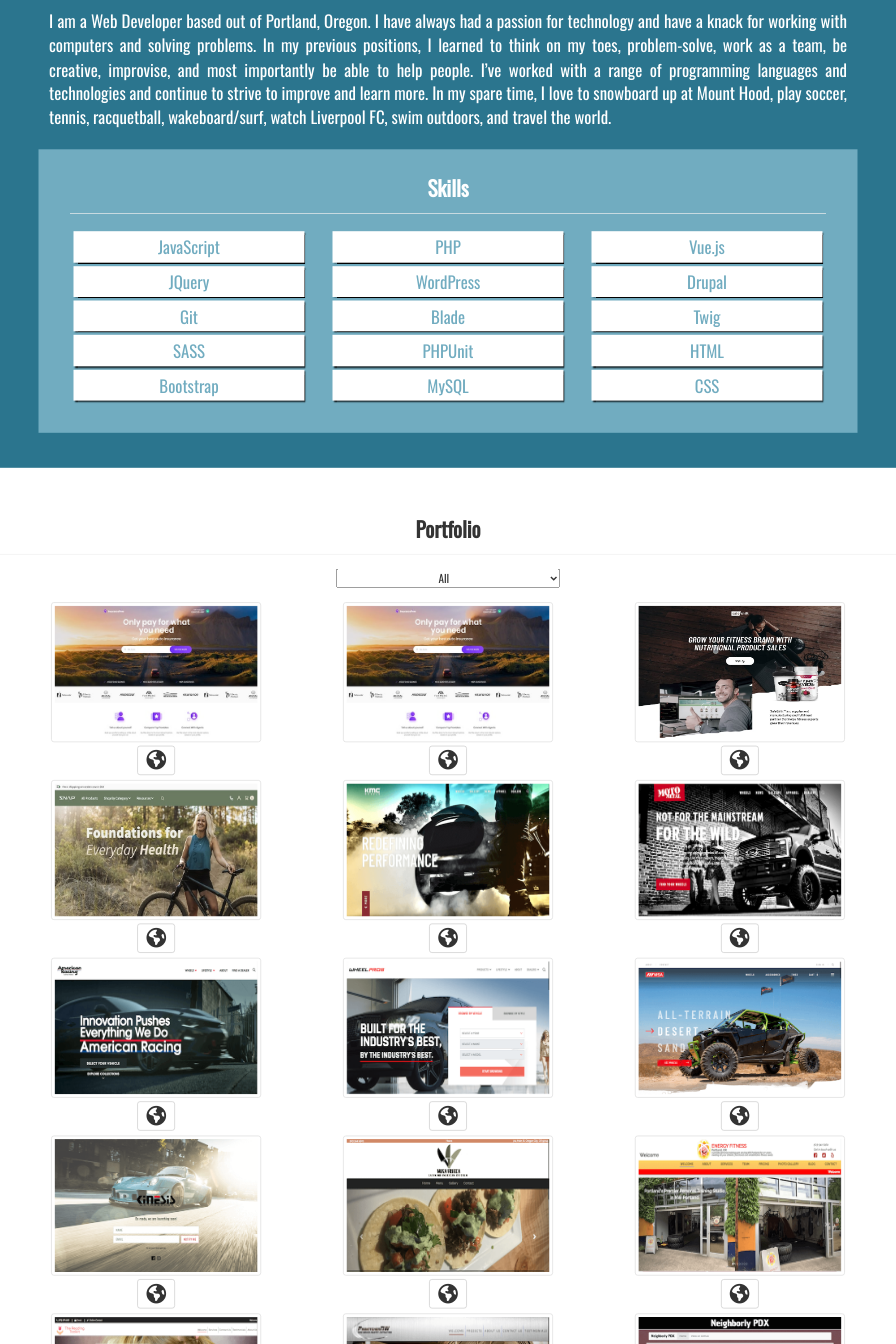
Repository: spburden/portfolio
Page: index.html
The author's editor kept a copy of each file at every save. The page is drawn from the files as they stood at one save, then again after the next save.
The browser window is 1280 px wide. The pictures show the part of the page from y = 915 to 2835 px (the page is 4439 px tall), at 70% of full size.
Some web libraries are served in a nearby version.

Above is the page before, as saved 2023-07-15 22:29:25.

### index.html
<!DOCTYPE html>
<html>
<head>
  <!-- Global site tag (gtag.js) - Google Analytics -->
  <script async src="https://www.googletagmanager.com/gtag/js?id=UA-92048308-1"></script>
  <script>
    window.dataLayer = window.dataLayer || [];
    function gtag(){dataLayer.push(arguments);}
    gtag('js', new Date());
    gtag('config', 'UA-92048308-1');
  </script>
  <meta charset="utf-8">
  <meta http-equiv="X-UA-Compatible" content="IE=edge">
  <meta content="width=device-width, initial-scale=1.0" name="viewport">
  <meta content="This is the portfolio of Stephen Burden who is a Web Developer available for hire in the Portland, OR area." name="Description">
  <meta content="Portland, Oregon, Vue, Vue.js, PHP, JavaScript, Wordpress, Ember, EmberJS, JS, Python, Angular 2, Silex, Twig, MySQL, HTML, CSS, Bootstrap, JQuery, Drupal, SEO, Node.JS" name="Keywords">
  <script type="application/ld+json">
    /*<![CDATA[*/{"@context":"http:\/\/schema.org","@type":"WebSite","@id":"#website","url":"http:\/\/www.stephenburden.com\/","name":"Stephen Burden - Web Developer","potentialAction":{"@type":"SearchAction","target":"http:\/\/www.stephenburden.com\/?s={search_term_string}","query-input":"required name=search_term_string"}}/*]]>*/
  </script>
  <link href="favicon.ico" rel="shortcut icon" type="image/x-icon">
  <link href="css/bootstrap.min.css" media="all" rel="stylesheet" type="text/css">
  <link href="https://fonts.googleapis.com/css?family=Lobster|Cormorant+Garamond|Oswald|Raleway|Lato" rel="stylesheet" type="text/css">
  <link href="css/styles.min.css" media="screen" rel="stylesheet" title="no title">
  <script src="js/jquery-3.2.1.min.js" type="text/javascript">
  </script>
  <script async src="js/bootstrap.min.js" type="text/javascript">
  </script>
  <title>Stephen Burden - Portfolio | Web Developer in Portland, OR</title>
</head>
<body>
  <nav class="navbar nav-pills navbar-fixed-top">
    <div class="container-fluid">
      <!-- Brand and toggle get grouped for better mobile display -->
      <div class="navbar-header">
        <button aria-expanded="false" class="navbar-toggle collapsed" data-target="#bs-example-navbar-collapse-1" data-toggle="collapse" type="button"><span class="sr-only">Toggle navigation</span> <span class="icon-bar"></span> <span class="icon-bar"></span> <span class="icon-bar"></span></button> <a data-part="pageOne" class="navbar-brand" href="#" id="home">Stephen Burden</a>
      </div>
      <!-- Collect the nav links, forms, and other content for toggling -->
      <div class="collapse navbar-collapse" id="bs-example-navbar-collapse-1">
        <ul class="nav navbar-nav navbar-right">
          <li class="page-scroll">
            <a data-part="pageTwo" href="#" id="about">About</a>
          </li>
          <li class="page-scroll">
            <a data-part="pageThree" href="#" id="portfolio">Portfolio</a>
          </li>
          <li class="page-scroll">
            <a data-part="pageFour" href="#" id="contact">Contact</a>
          </li>
        </ul>
      </div>
      <!-- /.navbar-collapse -->
    </div>
    <!-- /.container-fluid -->
  </nav>
  <div class="section pageOne" id="pageOne">
    <img alt="Stephen Burden Web Developer" class="center-block" id="face" src="images/corcovado.jpg">
    <div class="center">
      <h1 class="burden">Stephen Burden</h1>
      <h3 class="burden">Web Developer</h3>
    </div>
  </div>
  <div class="section pageTwo" id="pageTwo">
    <div class="container">
      <div class="center">
        <h2 class="white">About Me</h2>
      </div>
      <hr>
      <p class="white justify">I am a Web Developer based out of Portland, Oregon. I have always had a passion for technology and have a knack for working with computers and solving problems. In my previous positions, I learned to think on my toes, problem-solve, work as a team, be creative, improvise, and most importantly be able to help people. I’ve worked with a range of programming languages and technologies and continue to strive to improve and learn more. In my spare time, I love to snowboard up at Mount Hood, play soccer, tennis, racquetball, wakeboard/surf, watch Liverpool FC, swim outdoors, and travel the world. </p><br>
      <div class="row whatup">
        <div class="col-sm-12">
          <h2 class="center strong" id="skills">Skills</h2>
          <hr>
        </div>
        <div class="col-sm-4">
          <ul class="skills">
            <li>JavaScript</li>
            <li>JQuery</li>
            <li>Git</li>
            <!-- <li>TypeScript</li> -->
            <li>SASS</li>
            <!-- <li>Node.JS</li> -->
            <li>Bootstrap</li>
            <!-- <li>Ember</li> -->
            <!-- <li>Angular 2</li> -->
          </ul>
        </div>
        <div class="col-sm-4 mid-skills">
          <ul class="skills">
            <li>PHP</li>
            <li>WordPress</li>
            <!-- <li>Silex</li> -->
            <li>Blade</li>
            <li>PHPUnit</li>
            <li>MySQL</li>
          </ul>
        </div>
        <div class="col-sm-4">
          <ul class="skills">
            <li>Vue.js</li>
            <li>Drupal</li>
            <li>Twig</li>
            <li>HTML</li>
            <li>CSS</li>
            <!-- <li>Python</li> -->
          </ul>
        </div>
      </div>
    </div>
  </div>
  <div class="section container-fluid pageThree" id="pageThree">
    <div class="center">
      <h2 class="strong">Portfolio</h2>
    </div>
    <hr>
    <div class="center">
      <select class="">
        <option value="all">
          All
        </option>
        <option value="js">
          JavaScript
        </option>
        <option value="php">
          PHP
        </option>
        <option value="wordpress">
          Wordpress
        </option>
        <option value="vue">
          Vue.js
        </option>
        <!-- <option value="laravel">
          Laravel
        </option> -->
        <option value="drupal">
          Drupal
        </option>
      </select>
    </div><br>
    <div class="row">
        <div class="col-sm-6 col-md-4 porto js php vue">
          <a href="https://nutrimarketplace.com/" target="_blank"><img alt="Nutri Supplements"
              class="img-responsive thumbnail center-block screenshot" src="images/insurancepine.jpg"></a>
          <a class="btn btn-default" href="https://insurancepine.com/" target="_blank"><i class="fa fa-globe fa-2x"></i></a>
        </div>
      <div class="col-sm-6 col-md-4 porto js php vue">
        <a href="https://insurancepine.com/" target="_blank"><img alt="Snap Supplements"
            class="img-responsive thumbnail center-block screenshot" src="images/insurancepine.jpg"></a>
        <a class="btn btn-default" href="https://insurancepine.com/" target="_blank"><i class="fa fa-globe fa-2x"></i></a>
      </div>
      <div class="col-sm-6 col-md-4 porto js php vue">
        <a href="https://saleshift.com/"  target="_blank"><img alt="Snap Supplements" class="img-responsive thumbnail center-block screenshot" src="images/saleshift.jpg"></a>
        <a class="btn btn-default" href="https://saleshift.com/" target="_blank"><i class="fa fa-globe fa-2x"></i></a>
      </div>
      <div class="col-sm-6 col-md-4 porto js php vue laravel">
        <a href="https://snapsupplements.com/"  target="_blank"><img alt="Snap Supplements" class="img-responsive thumbnail center-block screenshot" src="images/snap.jpg"></a>
        <a class="btn btn-default" href="https://snapsupplements.com/" target="_blank"><i class="fa fa-globe fa-2x"></i></a>
      </div>
      <div class="col-sm-6 col-md-4 porto js wordpress php">
        <a href="https://www.kmcwheels.com/"  target="_blank"><img class="img-responsive thumbnail center-block screenshot" src="images/kmc.jpg"></a>
        <a class="btn btn-default" href="https://www.kmcwheels.com/" target="_blank"><i class="fa fa-globe fa-2x"></i></a>
      </div>
      <div class="col-sm-6 col-md-4 porto js wordpress php">
        <a href="https://www.motometalwheels.com/"  target="_blank"><img class="img-responsive thumbnail center-block screenshot" src="images/moto.jpg"></a>
        <a class="btn btn-default" href="https://www.motometalwheels.com/" target="_blank"><i class="fa fa-globe fa-2x"></i></a>
      </div>
      <div class="col-sm-6 col-md-4 porto js wordpress php">
        <a href="https://www.americanracing.com/"  target="_blank"><img class="img-responsive thumbnail center-block screenshot" src="images/american.jpg"></a>
        <a class="btn btn-default" href="https://www.americanracing.com/" target="_blank"><i class="fa fa-globe fa-2x"></i></a>
      </div>
      <div class="col-sm-6 col-md-4 porto js wordpress php">
        <a href="https://www.wheelpros.com/"  target="_blank"><img class="img-responsive thumbnail center-block screenshot" src="images/wheelpros.jpg"></a>
        <a class="btn btn-default" href="https://www.wheelpros.com/" target="_blank"><i class="fa fa-globe fa-2x"></i></a>
      </div>
      <div class="col-sm-6 col-md-4 porto js wordpress php">
        <a href="https://www.msawheels.com/"  target="_blank"><img class="img-responsive thumbnail center-block screenshot" src="images/msawheels.jpg"></a>
        <a class="btn btn-default" href="https://www.msawheels.com/" target="_blank"><i class="fa fa-globe fa-2x"></i></a>
      </div>
      <div class="col-sm-6 col-md-4 porto wordpress php">
        <a href="https://www.kinesismotorsport.com/"  target="_blank"><img class="img-responsive thumbnail center-block screenshot" src="images/kinesis.jpg"></a>
        <a class="btn btn-default" href="https://www.kinesismotorsport.com/" target="_blank"><i class="fa fa-globe fa-2x"></i></a>
      </div>
      <!-- <div class="col-sm-6 col-md-4 porto js">
        <a href="https://spburden.github.io/porsche-pdp-html/"  target="_blank"><img alt="Mesa Fresca - Oregon City" class="img-responsive thumbnail center-block screenshot" src="images/porsche.jpg"></a>
        <a class="btn btn-default" href="https://github.com/spburden/porsche-pdp-html"  target="_blank"><i class="fa fa-github fa-2x"></i></a>
        <a class="btn btn-default" href="https://spburden.github.io/porsche-pdp-html/"  target="_blank"><i class="fa fa-globe fa-2x"></i></a>
      </div> -->
      <!-- <div class="col-sm-6 col-md-4 porto wordpress">
        <a href="https://spburden.github.io/easy-power/" target="_blank"><img alt="Easy Power" class="img-responsive thumbnail center-block screenshot" src="images/easypower.jpg"></a>
        <a class="btn btn-default" href="https://github.com/spburden/easy-power-wordpress" target="_blank"><i class="fa fa-github fa-2x"></i></a>
        <a class="btn btn-default" href="https://spburden.github.io/easy-power/" target="_blank"><i class="fa fa-globe fa-2x"></i></a>
      </div> -->
      <div class="col-sm-6 col-md-4 porto php">
        <a href="https://mesafrescaoc.com/" target="_blank"><img alt="Mesa Fresca - Oregon City" class="img-responsive thumbnail center-block screenshot" src="images/mesa.jpg"></a> <a class="btn btn-default" href="https://mesafrescaoc.com/" target="_blank"><i class="fa fa-globe fa-2x"></i></a>
      </div>
      <div class="col-sm-6 col-md-4 porto php">
        <a href="https://www.energyfitnessconcepts.com/" target="_blank"><img alt="Energy Fitness Concepts - Pearl District, Portland, OR" class="img-responsive thumbnail center-block screenshot" src="images/energy.jpg"></a> <a class="btn btn-default" href="https://www.energyfitnessconcepts.com/" target="_blank"><i class="fa fa-globe fa-2x"></i></a>
      </div>
      <div class="col-sm-6 col-md-4 porto php">
        <a href="https://www.thereadingtoolkit.com/" target="_blank"><img alt="The Reading Toolkit - Portland, OR" class="img-responsive thumbnail center-block screenshot" src="images/reading.jpg"></a> <a class="btn btn-default" href="https://www.thereadingtoolkit.com/" target="_blank"><i class="fa fa-globe fa-2x"></i></a>
      </div>
      <div class="col-sm-6 col-md-4 porto php">
        <a href="https://www.pknwconstruction.com/" target="_blank"><img alt="PKNW Construction - Hillsboro, Portland" class="img-responsive thumbnail center-block screenshot" src="images/pknw.jpg"></a> <a class="btn btn-default" href="https://www.pknwconstruction.com/" target="_blank"><i class="fa fa-globe fa-2x"></i></a>
      </div>
      <div class="col-sm-6 col-md-4 porto js">
        <a href="https://github.com/spburden/neighborly-pdx-ember" target="_blank"><img alt="Portland Neighborhood Research App - Ember Javascript" class="img-responsive thumbnail center-block screenshot" src="images/npdx1.jpg"></a> <a class="btn btn-default" href="https://github.com/spburden/neighborly-pdx-ember" target="_blank"><i class="fa fa-github fa-2x"></i></a>
        <!-- <a class="btn btn-default" href="https://neighborly-pdx.pagefrontapp.com/" target="_blank"><i class="fa fa-globe fa-2x"></i></a> -->
      </div>
      <div class="col-sm-6 col-md-4 porto drupal">
        <a href="https://rvoutdooradventures.com" target="_blank"><img alt="RV Outdoor Adventures (Clatskanie, OR) - Drupal" class="img-responsive thumbnail center-block screenshot" src="images/rv.jpg"></a> <a class="btn btn-default" href="https://rvoutdooradventures.com" target="_blank"><i class="fa fa-globe fa-2x"></i></a>
      </div>
      <div class="col-sm-6 col-md-4 porto drupal">
        <a href="https://github.com/spburden/skill-swap-drupal" target="_blank"><img alt="Skill Swap - Drupal" class="img-responsive thumbnail center-block screenshot" src="images/swap.jpg"></a> <a class="btn btn-default" href="https://github.com/spburden/skill-swap-drupal" target="_blank"><i class="fa fa-github fa-2x"></i></a>
      </div>
      <div class="col-sm-6 col-md-4 porto js">
        <a href="https://github.com/spburden/qa-message-board-ember" target="_blank"><img alt="Question Answer Message Board - Ember.JS" class="img-responsive thumbnail center-block screenshot" src="images/msg-brd-ember.jpg"></a> <a class="btn btn-default" href="https://github.com/spburden/qa-message-board-ember" target="_blank"><i class="fa fa-github fa-2x"></i></a>
      </div>
      <div class="col-sm-6 col-md-4 porto php">
        <a href="https://github.com/spburden/restaurant-reviewer-php-sql" target="_blank"><img alt="Restaurant Reviewer - PHP SQL" class="img-responsive thumbnail center-block screenshot" src="images/relp.jpg"></a> <a class="btn btn-default" href="https://github.com/spburden/restaurant-reviewer-php-sql" target="_blank"><i class="fa fa-github fa-2x"></i></a> <a class="btn btn-default" href="https://enigmatic-tor-27207.herokuapp.com/" target="_blank"><i class="fa fa-globe fa-2x"></i></a>
      </div>
      <div class="col-sm-6 col-md-4 porto php">
        <a href="https://github.com/spburden/spacetruckin" target="_blank"><img alt="Space Truckin' (Intergalatic Trading Game) - PHP" class="img-responsive thumbnail center-block screenshot" src="images/space.jpg"></a> <a class="btn btn-default" href="https://github.com/spburden/spacetruckin" target="_blank"><i class="fa fa-github fa-2x"></i></a> <a class="btn btn-default" href="https://shrouded-garden-90623.herokuapp.com/" target="_blank"><i class="fa fa-globe fa-2x"></i></a>
      </div>
      <div class="col-sm-6 col-md-4 porto php">
        <a href="https://github.com/spburden/word-frequency-php" target="_blank"><img alt="Word Frequency - PHP" class="img-responsive thumbnail center-block screenshot" src="images/freq.jpg"></a> <a class="btn btn-default" href="https://github.com/spburden/word-frequency-php" target="_blank"><i class="fa fa-github fa-2x"></i></a> <a class="btn btn-default" href="https://word-count-php.herokuapp.com/" target="_blank"><i class="fa fa-globe fa-2x"></i></a>
      </div>
      <div class="col-sm-6 col-md-4 porto php">
        <a href="https://github.com/spburden/shopping-site-ember" target="_blank"><img alt="E-Commerce Store - Ember.JS" class="img-responsive thumbnail center-block screenshot" src="images/shop.jpg"></a> <a class="btn btn-default" href="https://github.com/spburden/shopping-site-ember" target="_blank"><i class="fa fa-github fa-2x"></i></a>
      </div>
      <div class="col-sm-6 col-md-4 porto js">
        <a href="https://github.com/spburden/help-queue-ember" target="_blank"><img alt="Help Queue - Ember.JS" class="img-responsive thumbnail center-block screenshot" src="images/help.jpg"></a> <a class="btn btn-default" href="https://github.com/spburden/help-queue-ember" target="_blank"><i class="fa fa-github fa-2x"></i></a>
      </div>
      <div class="col-sm-6 col-md-4 porto js">
        <a href="https://github.com/spburden/meal-tracker-angular2" target="_blank"><img alt="Meal Tracker - Angular 2" class="img-responsive thumbnail center-block screenshot" src="images/meal.jpg"></a> <a class="btn btn-default" href="https://github.com/spburden/meal-tracker-angular2" target="_blank"><i class="fa fa-github fa-2x"></i></a> <a class="btn btn-default" href="https://meal-tracker-angular2.herokuapp.com/" target="_blank"><i class="fa fa-globe fa-2x"></i></a>
      </div>
      <div class="col-sm-6 col-md-4 porto php">
        <a href="https://github.com/spburden/shoe-store-php-sql" target="_blank"><img alt="Shoe Store - PHP, SQL" class="img-responsive thumbnail center-block screenshot" src="images/shoes.jpg"></a> <a class="btn btn-default" href="https://github.com/spburden/shoe-store-php-sql" target="_blank"><i class="fa fa-github fa-2x"></i></a> <a class="btn btn-default" href="https://oak-worry.000webhostapp.com/" target="_blank"><i class="fa fa-globe fa-2x"></i></a>
      </div>
      <div class="col-sm-6 col-md-4 porto drupal">
        <a href="https://github.com/spburden/shift-cipher-drupal" target="_blank"><img alt="Shift Cipher - Drupal" class="img-responsive thumbnail center-block screenshot" src="images/cipher.jpg"></a> <a class="btn btn-default" href="https://github.com/spburden/shift-cipher-drupal" target="_blank"><i class="fa fa-github fa-2x"></i></a>
      </div>
    </div>
  </div>
  <div class="section container-fluid pageFour" id="pageFour">
    <div class="center">
      <h2 class="white">Let's Connect!</h2>
      <h4 class="white">Contact me:</h4>
      <div class="btn-list">
        <a class="btn btn-default" href="https://www.linkedin.com/in/stephenburden1" target="_blank"><i class="fa fa-linkedin fa=fw"></i> Linkedin</a> <a class="btn btn-default" href="https://www.github.com/spburden" target="_blank"><i class="fa fa-github"></i> Github</a> <a class="btn btn-default" href="mailto:spburden@gmail.com" target="_blank"><i class="fa fa-envelope"></i> Email</a> <a class="btn btn-default" href="https://drive.google.com/file/d/18yLGZf1XDpsPmF_a3ecTG2cEOckks6PN/view?usp=sharing" target="_blank"><i class="fa fa-file-text-o"></i> Resume</a>
      </div>
    </div>
  </div>
  <div class="container-fluid footer">
    <div class="center">
      <i class="copyright">Copyright &copy; Stephen Burden 2019. All Rights Reserved</i>
    </div>
  </div>
  <script src="js/scripts.min.js" type="text/javascript">
  </script>
  <script async src="https://use.fontawesome.com/9a38b0e6b3.js">
  </script>
</body>
</html>

### css/styles.min.css
nav li a{color:white}.container-fluid{overflow:hidden}.pageThree .col-sm-4{margin-bottom:15px}strong h2{font-weight:bolder}.center{margin-left:auto;margin-right:auto;text-align:center}.justify{text-align:justify}.strong{font-weight:bold}.page-scroll{text-align:center}.page-scroll a:hover{color:#6f51ad}ul.skills{padding:0}.skills li{margin:5px;padding:5px;background:white;list-style-type:none;font-size:24px;color:#71acc0;box-shadow:2px 2px 2px black}#skills{color:white}#home{color:#fdd167}#home:hover{color:#ffeab7}.icon-bar{background-color:#fdd167}.row{text-align:center}.row--flex{display:-webkit-box;display:-webkit-flex;display:-ms-flexbox;display:flex;flex-wrap:wrap}.row .btn{margin-top:-15px;margin-bottom:7px}.nav-pills{font-weight:100!important;background-color:black;opacity:.9}nav,#home{font-size:xx-large}h3{text-shadow:1px 1px 5px black}body{font-family:'Oswald',sans-serif;background-color:white}#face{border-radius:50%;width:300px}.pageOne{padding-top:200px;background:url("../images/epic2.jpg");background-size:cover;background-position:center;height:100vh;min-height:56em;font-family:'Lobster'}.whatup{padding-bottom:36px;padding-top:18px;background-color:#71acc0}.pageTwo{background-color:#2b758e;background-size:cover;padding:50px 0 50px 0;min-height:100vh}.pageThree{padding:50px 0 50px 0;min-height:700px}.pageFour{background-color:#5363ad;background-size:cover;padding:50px 0 100px 0}.footer{background-color:black;background-size:cover;padding:15px 0 15px 0}h3{color:white}.white{color:white}p{font-size:24px}.copyright{color:#e6e6e6}.row{padding-left:30px!important;padding-right:30px!important}.caption-style{list-style-type:none;margin:0;padding:0}.caption-style .project{float:left;padding:0;position:relative;overflow:hidden}.caption-style .project:hover .caption{opacity:1}.caption-style img{margin:0;padding:0;float:left;z-index:4}.caption-style .caption{cursor:pointer;position:absolute;opacity:0;-webkit-transition:all .45s ease-in-out;-moz-transition:all .45s ease-in-out;-o-transition:all .45s ease-in-out;-ms-transition:all .45s ease-in-out;transition:all .45s ease-in-out}.caption-style .blur{background-color:rgba(0,0,0,0.65);height:300px;width:400px;z-index:5;position:absolute}.caption-style .caption-text h1{text-transform:uppercase;font-size:24px}.project .caption-text{z-index:10;color:#fff;position:absolute;width:400px;height:300px;text-align:center;top:100px}.screenshot{width:300px;height:200px;z-index:4}.pageTwo,.pageThree,.pageFour,.footer{font-family:'Oswald',sans-serif}.nav,#home{letter-spacing:1.5px}select{width:25%;text-align-last:center;font-size:16px}.active{color:#6f51ad;background:#eee}@media screen and (max-width:767px){.screenshot{width:500px;height:333px}.mid-skills{padding-top:22px;padding-bottom:22px}}@media screen and (max-width:414px){.screenshot{width:350px;height:233px}}@media only screen and (max-width:991px) and (min-width:768px){.screenshot{width:340px;height:227px}}

Loaded but not shown: css/bootstrap.min.css (library); js/jquery-3.2.1.min.js (library); js/bootstrap.min.js (library); js/scripts.min.js (1 lines, source omitted)

After the next save:
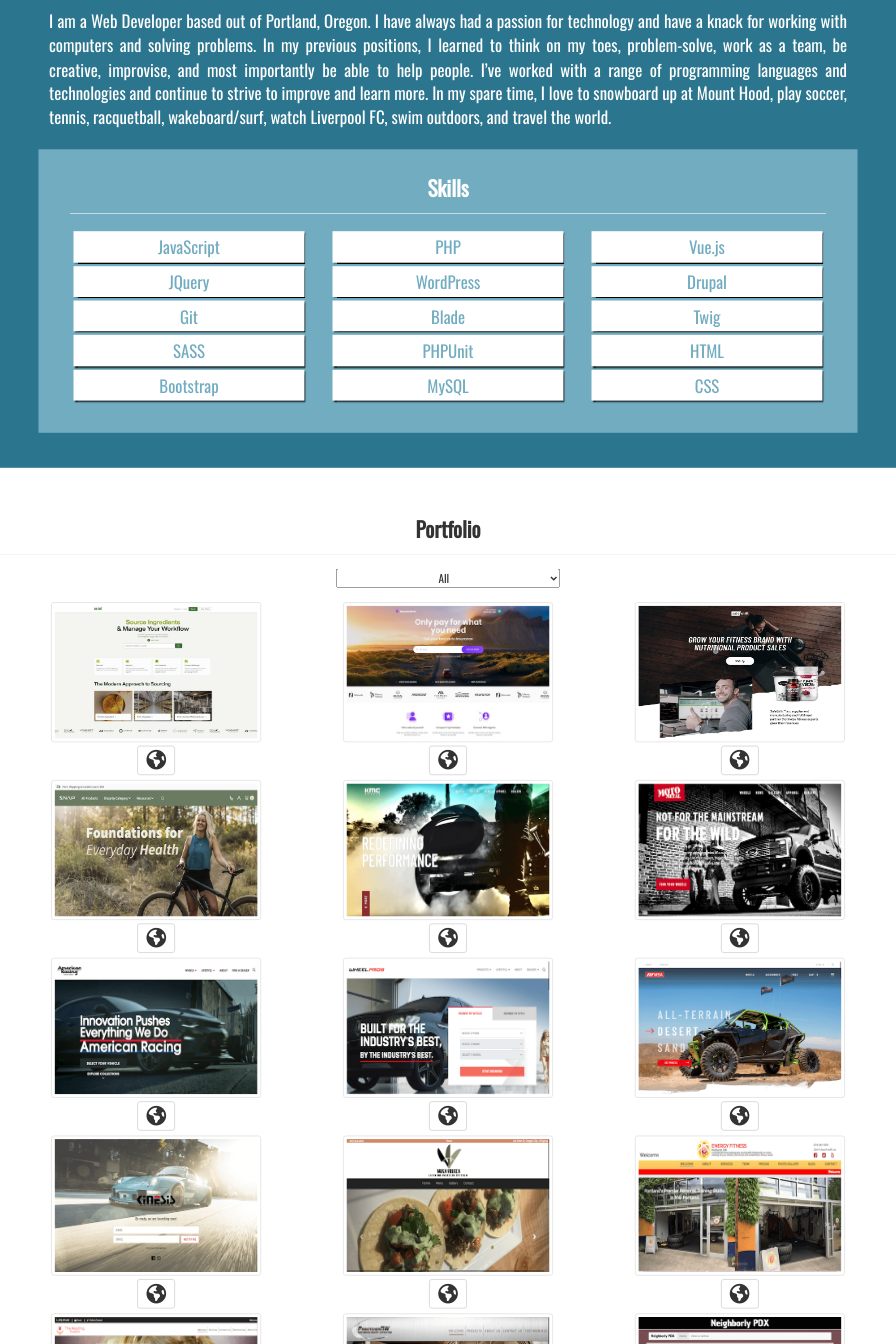
Saved 17 s later.
--- a/index.html
+++ b/index.html
@@ -139,9 +139,9 @@
     </div><br>
     <div class="row">
         <div class="col-sm-6 col-md-4 porto js php vue">
-          <a href="https://nutrimarketplace.com/" target="_blank"><img alt="Nutri Supplements"
-              class="img-responsive thumbnail center-block screenshot" src="images/insurancepine.jpg"></a>
-          <a class="btn btn-default" href="https://insurancepine.com/" target="_blank"><i class="fa fa-globe fa-2x"></i></a>
+          <a href="https://nutrimarketplace.com/" target="_blank"><img alt="Nutri Marketplace"
+              class="img-responsive thumbnail center-block screenshot" src="images/nutri.jpg"></a>
+          <a class="btn btn-default" href="https://nutrimarketplace.com/" target="_blank"><i class="fa fa-globe fa-2x"></i></a>
         </div>
       <div class="col-sm-6 col-md-4 porto js php vue">
         <a href="https://insurancepine.com/" target="_blank"><img alt="Snap Supplements"
